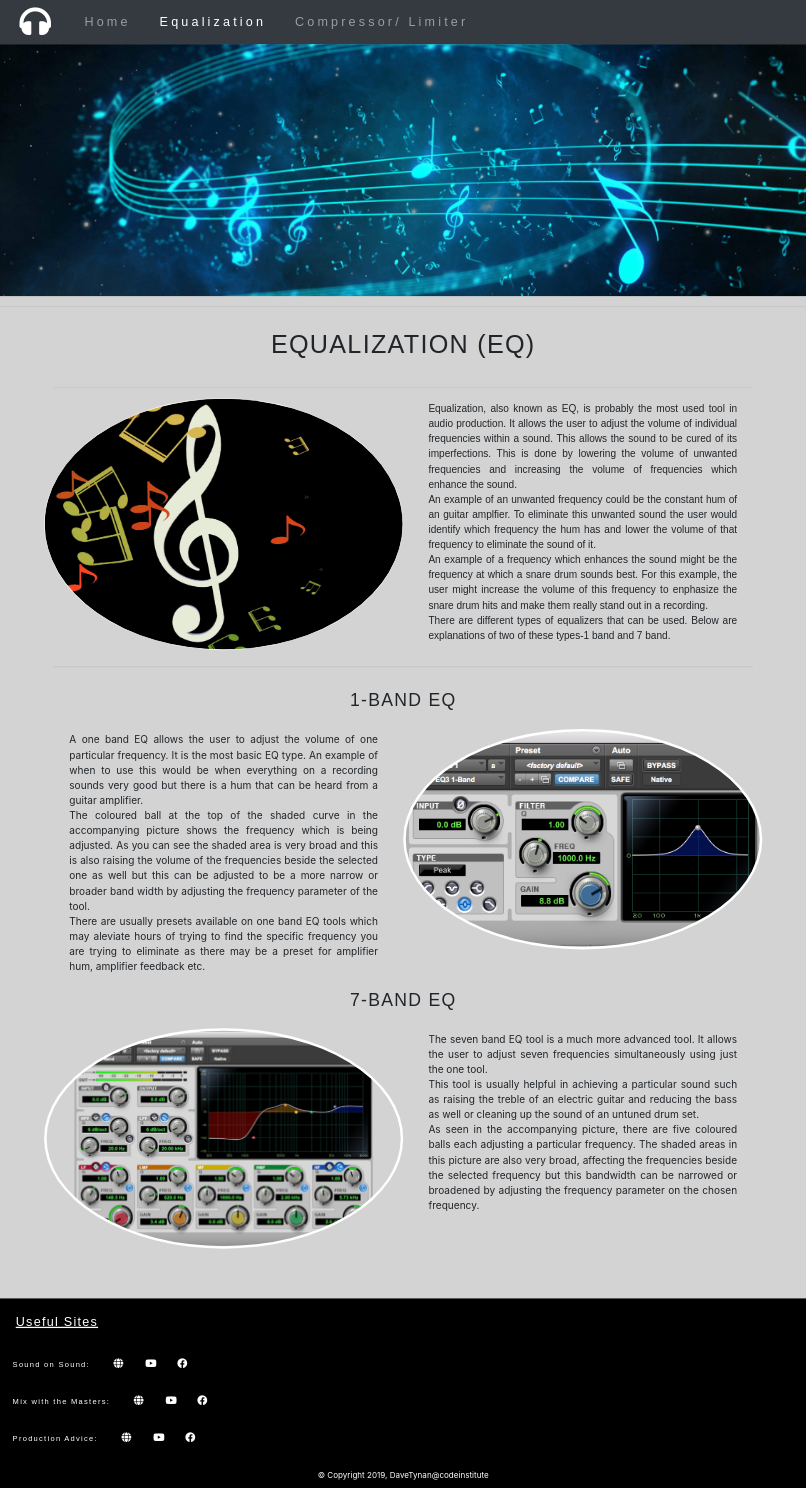
Repository: djjtyn/CIMilestoneProject1
Page: eq.html
The author's editor kept a record of every edit. The page is drawn from the files as they stood at one moment, then again after the next edit.
The browser window is 1280 px wide. The pictures show the whole page, at 63% of full size.
Some web libraries are served in a nearby version.

Above is the page before.
Console error (its wording comes from the project's code and is left out).

After the next edit:
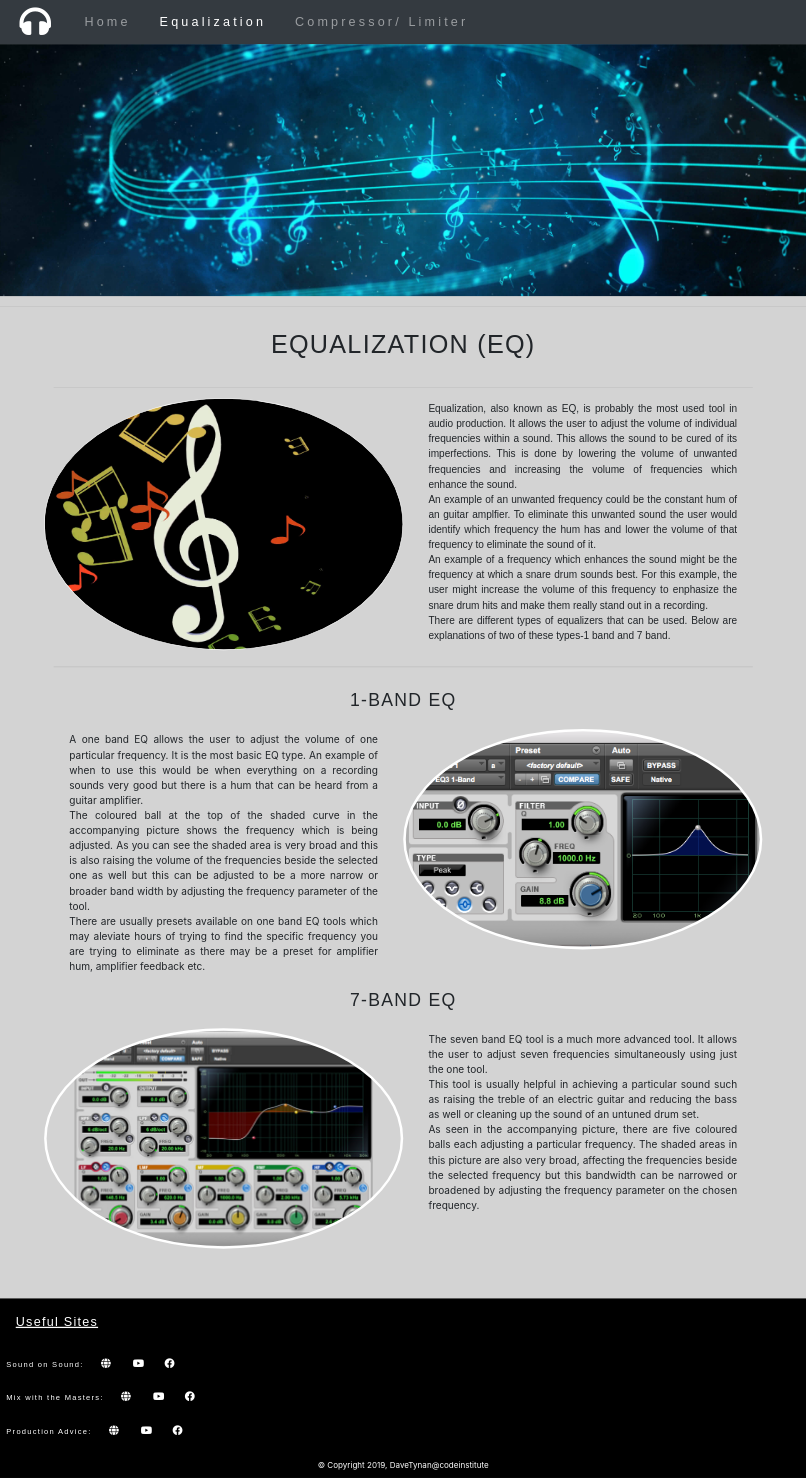
The edit:
--- a/css/style.css
+++ b/css/style.css
@@ -163,7 +163,7 @@
     display: inline-block;
 }
 
-.links a, .links, h6 {
+.links a, .links {
     display: inline-block;
     padding: 10px;}
 
